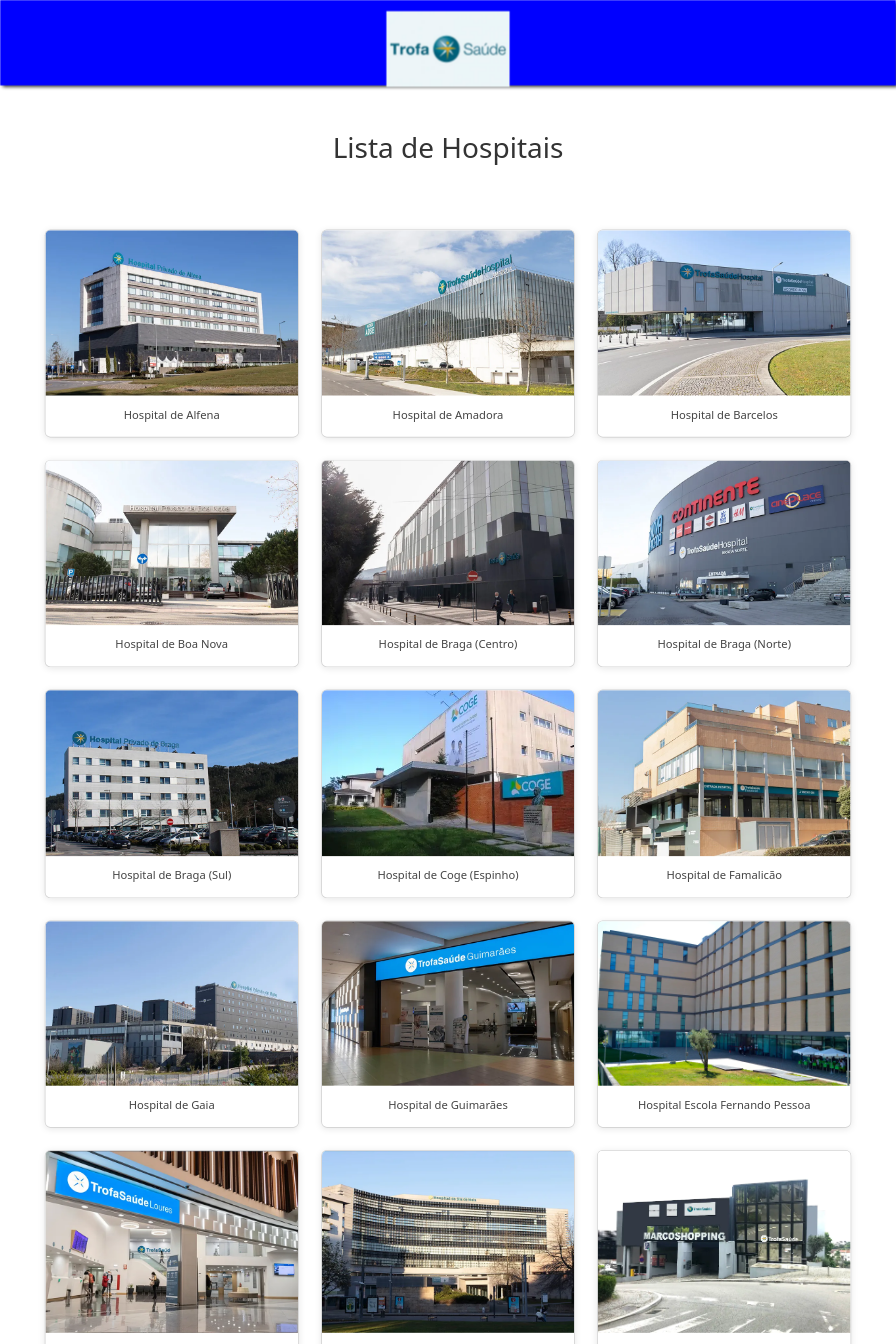
Repository: Joao-Carolo/teste
Page: 2.html
The author's editor kept a copy of each file at every save. The page is drawn from the files as they stood at one save, then again after the next save.
The browser window is 1280 px wide. The pictures show the part of the page from y = 0 to 1920 px (the page is 3090 px tall), at 70% of full size.

Above is the page before, as saved 2025-08-01 12:03:43.

After the next save:
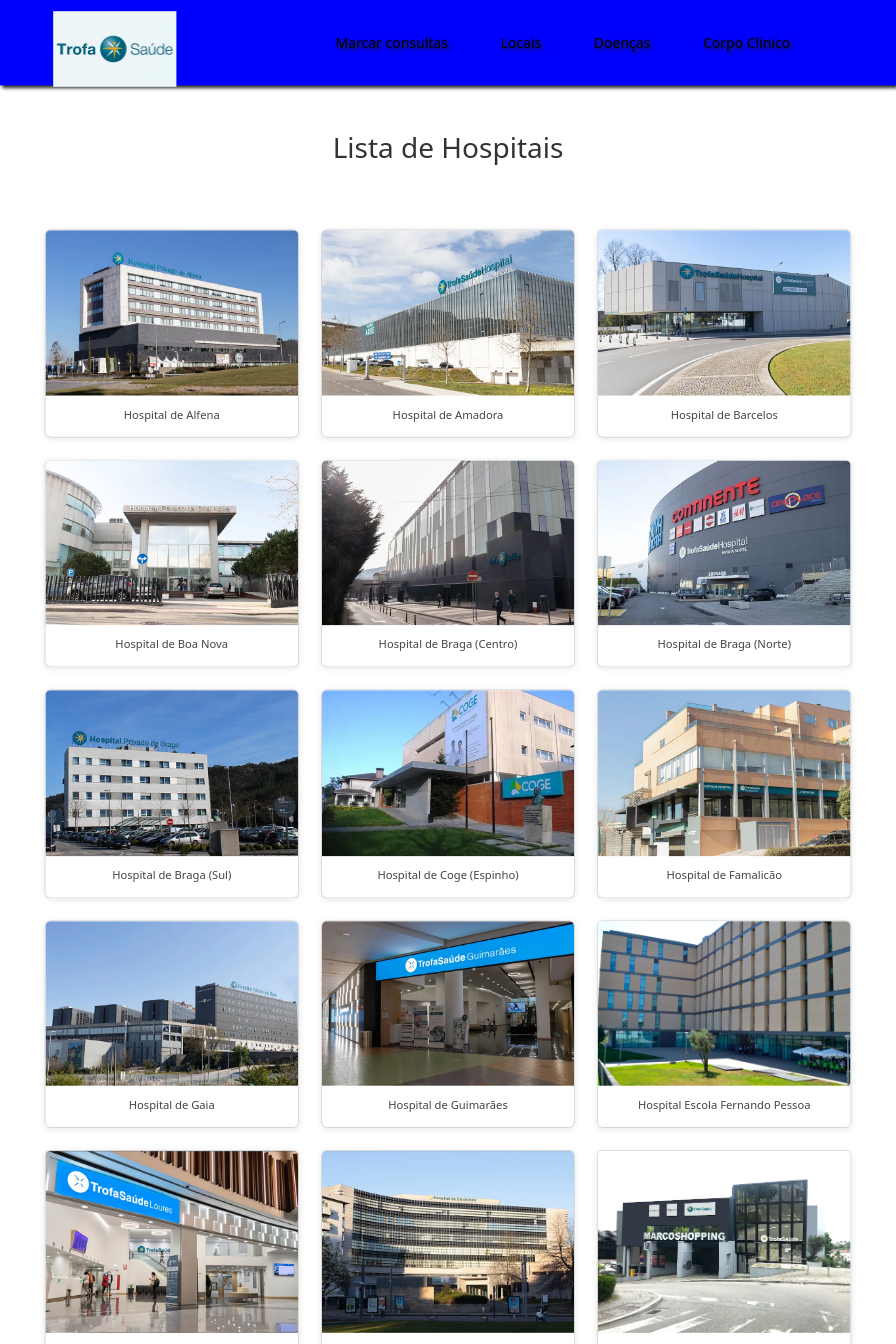
Saved 11 s later.
--- a/2.html
+++ b/2.html
@@ -14,6 +14,7 @@
   <header>
     <a href="index.html"><img id=logo src="./imagens/hospitais_gts_preferidos_portugueses_2.jpg" alt="logo"
         href="index.html"></a>
+
     <!-- Botão do menu hamburguer -->
     <div class="hamburger d-lg-none" id="hamburger">
       <span></span>
@@ -22,14 +23,20 @@
     </div>
 
     <!-- Menu lateral (hidden por default) -->
-    <nav class="side-menu" id="sideMenu" class="menu">
+    <nav class="side-menu" id="sideMenu">
+      <ul>
+        <li><a href="1.html">Marcar consultas</a></li>
+        <li><a href="2.html">Locais</a></li>
+        <li><a href="3.html">Doenças</a></li>
+        <li><a href="4.html">Corpo Clínico</a></li>
+      </ul>
+    </nav>
+    <ul class="menu">
       <li><a href="1.html">Marcar consultas</a></li>
       <li><a href="2.html">Locais</a></li>
       <li><a href="3.html">Doenças</a></li>
       <li><a href="4.html">Corpo Clínico</a></li>
-      </ul>
-    </nav>
-  </header>
+    </ul>
   </header>
   <main>
     <h1>Lista de Hospitais</h1>
